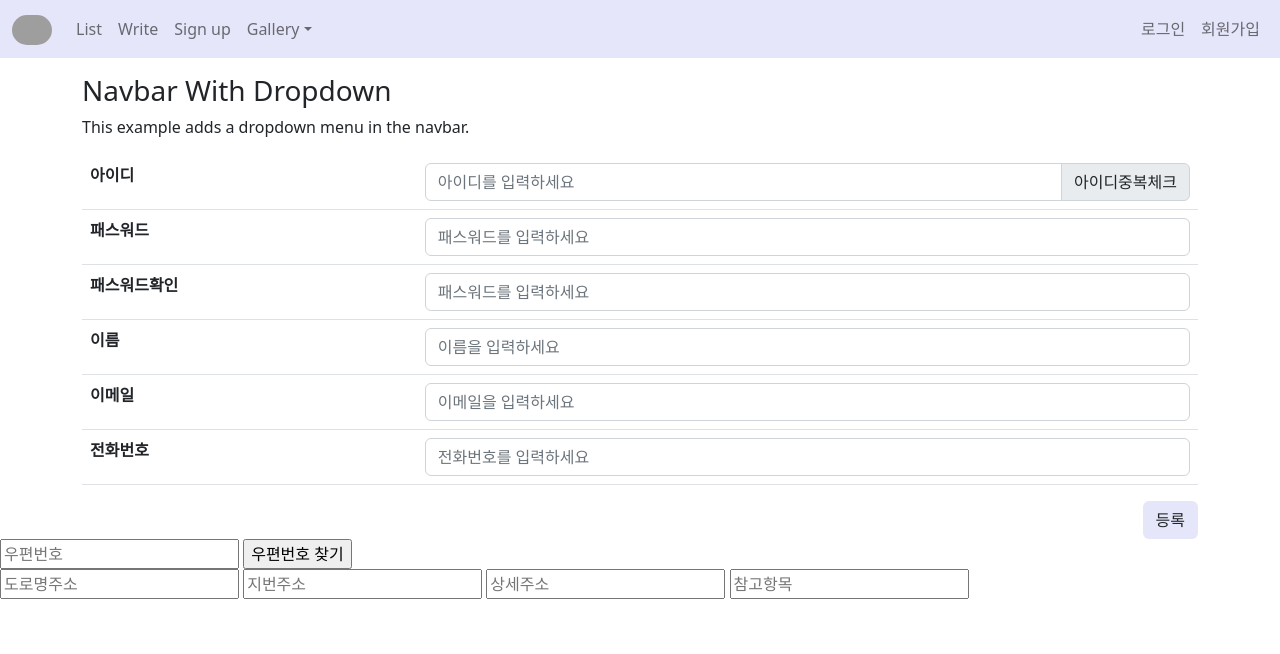
Repository: kwakhimoly/ws_backup
Page: http://localhost/myapp3/WEB-INF/views/member/member_write.jsp
The author's editor kept a copy of each file at every save. The page is drawn from the files as they stood at one save, then again after the next save.
The browser window is 1280 px wide. The pictures show the whole page.
Pictures or frames that could not be fetched are drawn as grey boxes. The page is served by Tomcat 9. Nobody is signed in. Other server files are loaded and not shown. The template is opened directly, without the code that normally fills it, so the values that code supplies are empty.

Above is the page before, as saved 2023-02-13 06:09:14.

### spws/myapp3/src/main/webapp/WEB-INF/views/member/member_write.jsp
<%@ page language="java" contentType="text/html; charset=UTF-8"
	pageEncoding="UTF-8"%>
<!DOCTYPE html>
<html>
<head>
<meta charset="UTF-8">
<title>Insert title here</title>
<meta name="viewport" content="width=device-width, initial-scale=1">
<link
	href="https://cdn.jsdelivr.net/npm/bootstrap@5.2.3/dist/css/bootstrap.min.css"
	rel="stylesheet">
<script src="https://cdn.jsdelivr.net/npm/bootstrap@5.2.3/dist/js/bootstrap.bundle.min.js"></script>
<script src="https://ajax.googleapis.com/ajax/libs/jquery/3.6.1/jquery.min.js"></script>
<script src="//t1.daumcdn.net/mapjsapi/bundle/postcode/prod/postcode.v2.js"></script>
</head>
<body>
	<form name="myform" id="myform">
		<input type="hidden" name="idcheck" id="idcheck" value="N">
		<!-- 메뉴 -->
		<%@ include file="../include/navbar.jsp"%>



		<div class="container mt-3">
			<h3>Navbar With Dropdown</h3>
			<p>This example adds a dropdown menu in the navbar.</p>


			<table class="table">
				<colgroup>
					<col width="30%">
					<col width="*">
				</colgroup>
				<tbody>
					<tr>
						<th>아이디</th>
						<td>
							<div class="input-group">
								<input type="text" class="form-control" placeholder="아이디를 입력하세요"
									name="user_id" id="user_id"> <button type="button"
									class="input-group-text" onclick="goIdcheck()">아이디중복체크</button>
							</div>
						</td>
					</tr>
					<tr>
						<th>패스워드</th>
						<td>
							<div class="input-group">
								<input type="password" class="form-control"
									placeholder="패스워드를 입력하세요" name="password" id="password">
							</div>
						</td>
					</tr>
					<tr>
						<th>패스워드확인</th>
						<td>
							<div class="input-group">
								<input type="password" class="form-control"
									placeholder="패스워드를 입력하세요" name="password2" id="password2">
							</div>
						</td>
					</tr>
					<tr>
						<th>이름</th>
						<td>
							<div class="input-group">
								<input type="text" class="form-control" placeholder="이름을 입력하세요"
									name="user_name" id="user_name">
							</div>
						</td>
					</tr>
					<tr>
						<th>이메일</th>
						<td>
							<div class="input-group">
								<input type="email" class="form-control" placeholder="이메일을 입력하세요"
									name="email" id="email">
							</div>
						</td>
					</tr>
					<tr>
						<th>전화번호</th>
						<td>
							<div class="input-group">
								<input type="tel" class="form-control" placeholder="전화번호를 입력하세요"
									name="phone" id="phone">
							</div>
						</td>
					</tr>
				</tbody>
			</table>
		</div>


		<div class="container" style="text-align: right">
			<button type="button" class="btn" style="background-color: lavender" onclick="goSave()">등록</button>
		</div>

<input type="text" id="sample4_postcode" placeholder="우편번호">
<input type="button" onclick="sample4_execDaumPostcode()" value="우편번호 찾기"><br>
<input type="text" id="sample4_roadAddress" placeholder="도로명주소">
<input type="text" id="sample4_jibunAddress" placeholder="지번주소">
<span id="guide" style="color:#999;display:none"></span>
<input type="text" id="sample4_detailAddress" placeholder="상세주소">
<input type="text" id="sample4_extraAddress" placeholder="참고항목">
	</form>
</body>


<script>
    //본 예제에서는 도로명 주소 표기 방식에 대한 법령에 따라, 내려오는 데이터를 조합하여 올바른 주소를 구성하는 방법을 설명합니다.
    function sample4_execDaumPostcode() {
        new daum.Postcode({
            oncomplete: function(data) {
                // 팝업에서 검색결과 항목을 클릭했을때 실행할 코드를 작성하는 부분.

                // 도로명 주소의 노출 규칙에 따라 주소를 표시한다.
                // 내려오는 변수가 값이 없는 경우엔 공백('')값을 가지므로, 이를 참고하여 분기 한다.
                var roadAddr = data.roadAddress; // 도로명 주소 변수
                var extraRoadAddr = ''; // 참고 항목 변수

                // 법정동명이 있을 경우 추가한다. (법정리는 제외)
                // 법정동의 경우 마지막 문자가 "동/로/가"로 끝난다.
                if(data.bname !== '' && /[동|로|가]$/g.test(data.bname)){
                    extraRoadAddr += data.bname;
                }
                // 건물명이 있고, 공동주택일 경우 추가한다.
                if(data.buildingName !== '' && data.apartment === 'Y'){
                   extraRoadAddr += (extraRoadAddr !== '' ? ', ' + data.buildingName : data.buildingName);
                }
                // 표시할 참고항목이 있을 경우, 괄호까지 추가한 최종 문자열을 만든다.
                if(extraRoadAddr !== ''){
                    extraRoadAddr = ' (' + extraRoadAddr + ')';
                }

                // 우편번호와 주소 정보를 해당 필드에 넣는다.
                document.getElementById('sample4_postcode').value = data.zonecode;
                document.getElementById("sample4_roadAddress").value = roadAddr;
                document.getElementById("sample4_jibunAddress").value = data.jibunAddress;

                // 참고항목 문자열이 있을 경우 해당 필드에 넣는다.
                if(roadAddr !== ''){
                    document.getElementById("sample4_extraAddress").value = extraRoadAddr;
                } else {
                    document.getElementById("sample4_extraAddress").value = '';
                }

                var guideTextBox = document.getElementById("guide");
                // 사용자가 '선택 안함'을 클릭한 경우, 예상 주소라는 표시를 해준다.
                if(data.autoRoadAddress) {
                    var expRoadAddr = data.autoRoadAddress + extraRoadAddr;
                    guideTextBox.innerHTML = '(예상 도로명 주소 : ' + expRoadAddr + ')';
                    guideTextBox.style.display = 'block';

                } else if(data.autoJibunAddress) {
                    var expJibunAddr = data.autoJibunAddress;
                    guideTextBox.innerHTML = '(예상 지번 주소 : ' + expJibunAddr + ')';
                    guideTextBox.style.display = 'block';
                } else {
                    guideTextBox.innerHTML = '';
                    guideTextBox.style.display = 'none';
                }
            }
        }).open();
    }

function goSave() {
	if($("#idcheck").val()=="N"){
		alert("아이디 중복체크를 하세요");
		$("#user_id").focus();
		return;
	}
	var frm = document.myform;
	frm.action="<%=request.getContextPath()%>/member/save";
//	$("#user_id").prop("disabled", false);
//		-> disabled 쓰고 싶은데 폼 전송으로 값 전달도 해야 하면 submit 전에 disabled 해제
	frm.submit();
}
function goIdcheck(){
	let user_id = $("#user_id").val().trim();

	if(user_id==""){
		alert("아이디를 입력하세요");
		$("#user_id").focus();
		return;
	}

	$.ajax({
		url:"<%=request.getContextPath()%>/member/idcheck",
		data: {"user_id":user_id},
		method: "POST",
		dataType: "JSON"
	})
	.done(function (response){
		if(response.result=="success"){
			$("#idcheck").val("Y");
			$("#user_id").prop("readonly", true);
			/*
			prop("disabled",true)로 하면 파라미터 값이 안 넘어감
			readonly : input type="text" 에만 가능. 사용자는 value 값을 변경할 수 없음.
			disabled : 모든 input 객체에 대하여 비활성화 처리 가능. Form 전송시 해당 객체는 전송이 안됨.
			*/
			alert("사용가능한 아이디입니다.");
		} else{
			alert("이미 사용중인 아이디입니다.");
		}
	})
	.fail(function (response, status, error){
		console.log(error);
	});
}
</script>
</html>

### spws/myapp3/src/main/webapp/WEB-INF/views/include/navbar.jsp
<%@ page language="java" contentType="text/html; charset=UTF-8"
	pageEncoding="UTF-8"%>
<!-- 메뉴 -->
<meta charset="UTF-8">
<!-- 한글 깨짐 방지 -->
<%
// 공통변수 CONTEXT 만들어 놓고 갖다 쓰기
String CONTEXT = request.getContextPath();
%>


<nav class="navbar navbar-expand-sm navbar-light" style="background-color: lavender">
	<div class="container-fluid">
		<a class="navbar-brand" href="<%=CONTEXT%>"> <img
			src="https://imjustcreative.com/wp-content/uploads/2015/11/Screenshot-2019-11-23-17.32.44.jpg" alt="Avatar Logo"
			style="width: 40px;" class="rounded-pill">
		</a>

		<button class="navbar-toggler" type="button" data-bs-toggle="collapse"
			data-bs-target="#collapsibleNavbar">
			<span class="navbar-toggler-icon"></span>
		</button>
		<div class="collapse navbar-collapse" id="collapsibleNavbar">
			<ul class="navbar-nav">
				<li class="nav-item"><a class="nav-link"
					href="<%=CONTEXT%>/board/list?pg=0">List</a></li>
				<li class="nav-item"><a class="nav-link"
					href="<%=CONTEXT%>/board/write">Write</a></li>
				<li class="nav-item"><a class="nav-link"
					href="<%=CONTEXT%>/member/write">Sign up</a></li>
				<li class="nav-item dropdown"><a
					class="nav-link dropdown-toggle" href="#" role="button"
					data-bs-toggle="dropdown">Gallery</a>
					<ul class="dropdown-menu">
						<li><a class="dropdown-item" href="<%=CONTEXT%>/gallery/list">Gallery list</a></li>
						<li><a class="dropdown-item" href="<%=CONTEXT%>/gallery/write">Gallery write</a></li>
						<li><a class="dropdown-item" href="#">A third link</a></li>
					</ul></li>
			</ul>
		</div>
		<%if(session.getAttribute("user_id")==null||session.getAttribute("user_id").equals("")) {%>
			<ul class="navbar-nav justify-content-end">
				<li class="nav-item">
				<a class="nav-link" href="<%=CONTEXT%>/member/login">로그인</a>
				</li>
				<li class="nav-item">
				<a class="nav-link" href="<%=CONTEXT%>/member/write">회원가입</a>
				</li>
			</ul>
		<%} else {%>
			<ul class="navbar-nav justify-content-end">
				<li class="nav-item">
				<a class="nav-link" href="#none"><%=session.getAttribute("user_name") %></a>
				</li>
				<li class="nav-item">
				<a class="nav-link" href="#none" onclick="goLogout()">로그아웃</a>
				</li>
			</ul>
		<%} %>
	</div>
</nav>
<script type="text/javascript">
function goLogout() {
	$.ajax({
		url:"<%=request.getContextPath()%>/member/logout",
		method:"POST",
		dataType:"JSON"
	})
	.done(function (response){
		alert(response.message);
		if(response.result=="success"){
			location.href="<%=request.getContextPath()%>/";
		}
	})
	.fail((response, status, error)=>{
		console.log(error);
	});
}

</script>

After the next save:
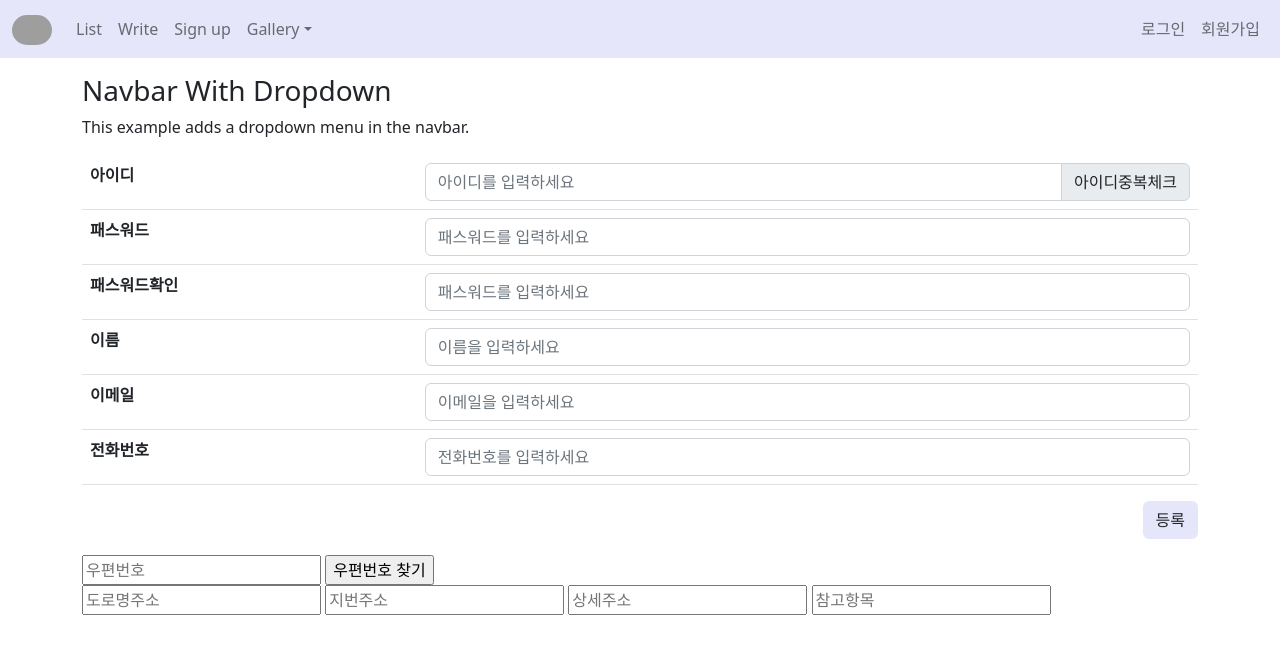
Saved 36 s later.
--- a/spws/myapp3/src/main/webapp/WEB-INF/views/member/member_write.jsp
+++ b/spws/myapp3/src/main/webapp/WEB-INF/views/member/member_write.jsp
@@ -95,7 +95,7 @@
 		<div class="container" style="text-align: right">
 			<button type="button" class="btn" style="background-color: lavender" onclick="goSave()">등록</button>
 		</div>
-
+		<div class="container mt-3">
 <input type="text" id="sample4_postcode" placeholder="우편번호">
 <input type="button" onclick="sample4_execDaumPostcode()" value="우편번호 찾기"><br>
 <input type="text" id="sample4_roadAddress" placeholder="도로명주소">
@@ -103,6 +103,7 @@
 <span id="guide" style="color:#999;display:none"></span>
 <input type="text" id="sample4_detailAddress" placeholder="상세주소">
 <input type="text" id="sample4_extraAddress" placeholder="참고항목">
+</div>
 	</form>
 </body>
 
